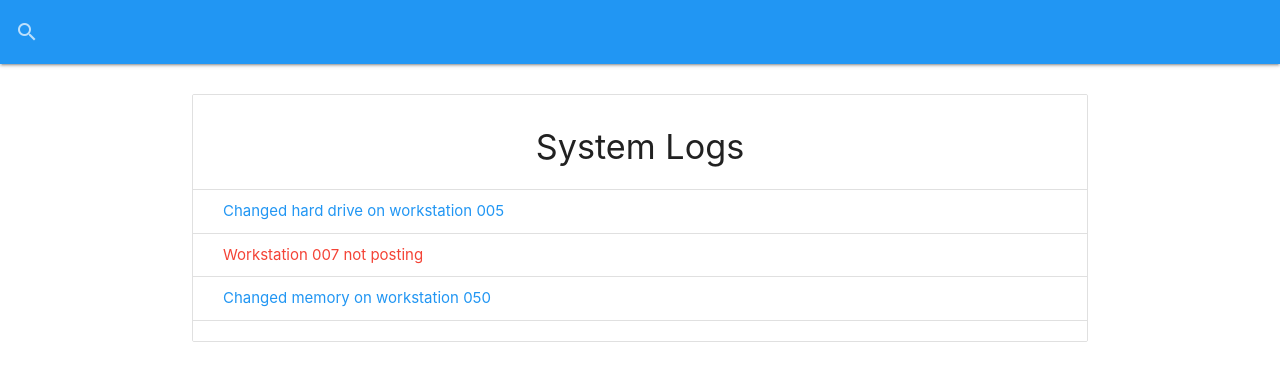
Repository: Takudzwa413/it-logger
Page: /
These files come from the project's save history. The page is drawn as it stood at one moment and after the next save; the edit follows.
The browser window is 1280 px wide. The pictures show the whole page.
The project was rebuilt for these pictures with package versions that can differ from the ones it lists, and the page was loaded fresh each time. Requests to the local data server were answered from the project's data file.

Above is the page before, as saved 2020-06-24 03:34:28.

### public/index.html
<!DOCTYPE html>
<html lang="en">
  <head>
    <meta charset="utf-8" />
    <link rel="icon" href="%PUBLIC_URL%/favicon.ico" />
    <meta name="viewport" content="width=device-width, initial-scale=1" />
    <meta name="theme-color" content="#000000" />
    <meta
      name="description"
      content="Web site created using create-react-app"
      />
    <link rel="apple-touch-icon" href="%PUBLIC_URL%/logo192.png" />

    <link rel="manifest" href="%PUBLIC_URL%/manifest.json" />
    <link href="https://fonts.googleapis.com/icon?family=Material+Icons"
      rel="stylesheet">

    <title>IT-LOGGER</title>
  </head>
  <body>
    <noscript>You need to enable JavaScript to run this app.</noscript>
    <div id="root"></div>

  </body>
</html>

### src/App.js
import React, { useEffect, Fragment } from "react";
import SearchBar from "./components/layout/SearchBar";
import Logs from "./components/logs/Logs";

import "materialize-css/dist/css/materialize.min.css";
import M from "materialize-css/dist/js/materialize.min.js";
import "./App.css";

const App = () => {
  useEffect(() => {
    //INIT Materialize
    M.AutoInit();
  });
  return (
    <Fragment>
      <SearchBar />
      <div className='container'>
        <Logs />
      </div>
    </Fragment>
  );
};
export default App;

### src/components/layout/SearchBar.js
import React from "react";

function SearchBar() {
  return (
    <nav style={{ marginBottom: "30px" }} className='blue'>
      <div className='nav-wrapper'>
        <form>
          <div className='input-field'>
            <input id='search' type='search' />
            <label className='label-icon' for='search'>
              <i className='material-icons'>search</i>
            </label>
            <i className='material-icons'>close</i>
          </div>
        </form>
      </div>
    </nav>
  );
}

export default SearchBar;

### src/components/logs/Logs.js
import React, { useEffect, useState } from "react";
import LogItem from "./LogItem";

function Logs() {
  const [logs, setLogs] = useState([]);
  const [loading, setLoading] = useState(false);

  useEffect(() => {
    getLogs();
  }, []);

  const getLogs = async () => {
    setLoading(true);
    const res = await fetch("/logs");
    const data = await res.json();

    setLogs(data);
    setLoading(false);
  };

  if (loading) {
    return <h4>Loading...</h4>;
  }

  return (
    <ul className='collection with-header'>
      <li className='collection-header'>
        <h4 className='center'>System Logs</h4>
      </li>
      {!loading && logs.length === 0 ? (
        <p className='center'>No Logs to show...</p>
      ) : (
        logs.map((log) => <LogItem log={log} key={log.id} />)
      )}
    </ul>
  );
}

export default Logs;

### src/components/logs/LogItem.js
import React from "react";
import Moment from "react-moment";
import PropTypes from "prop-types";

const LogItem = ({ log }) => {
  return (
    <li className='collection-item'>
      <div>
        <a
          href='#edit-log-modal'
          className={`modal-trigger ${
            log.attention ? "red-text" : "blue-text"
          }`}
        >
          {log.message}
        </a>
      </div>
    </li>
  );
};

LogItem.propTypes = {
  log: PropTypes.object.isRequired,
};

export default LogItem;

### db.json
{
  "logs": [
    {
      "id": 1,
      "message": "Changed hard drive on workstation 005",
      "attention": false,
      "date": "03-02-2019",
      "tech": "Sam Smith"
    },
    {
      "id": 2,
      "message": "Workstation 007 not posting",
      "attention": true,
      "date": "03-02-2019",
      "tech": "John Doe"
    },
    {
      "id": 3,
      "message": "Changed memory on workstation 050",
      "attention": false,
      "date": "03-02-2019",
      "tech": "Sara Wilson"
    },
    {
      "id": 4
    }
  ],
  "techs": [
    {
      "id": 1,
      "firstName": "John",
      "lastName": "Doe"
    },
    {
      "id": 2,
      "firstName": "Sam",
      "lastName": "Smith"
    },
    {
      "id": 3,
      "firstname": "Sara",
      "lastName": "Wilson"
    }
  ]
}

Loaded but not shown: src/index.js (common file); src/App.css (no stored copy; drawn as an empty file)

After the next save:
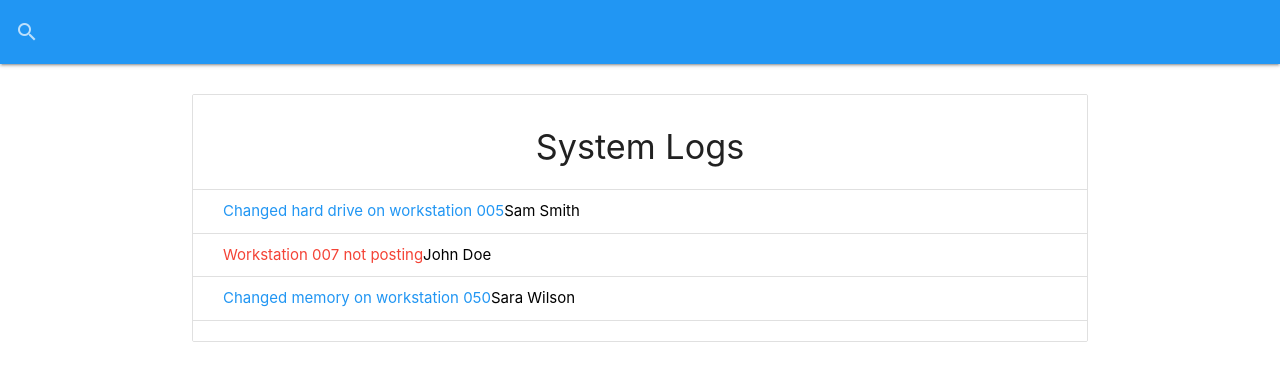
Saved 2 min 52 s later.
--- a/src/components/logs/LogItem.js
+++ b/src/components/logs/LogItem.js
@@ -14,6 +14,9 @@ const LogItem = ({ log }) => {
         >
           {log.message}
         </a>
+        <span className='grey-text'>
+          <span className='black-text'>{log.tech}</span>
+        </span>
       </div>
     </li>
   );
